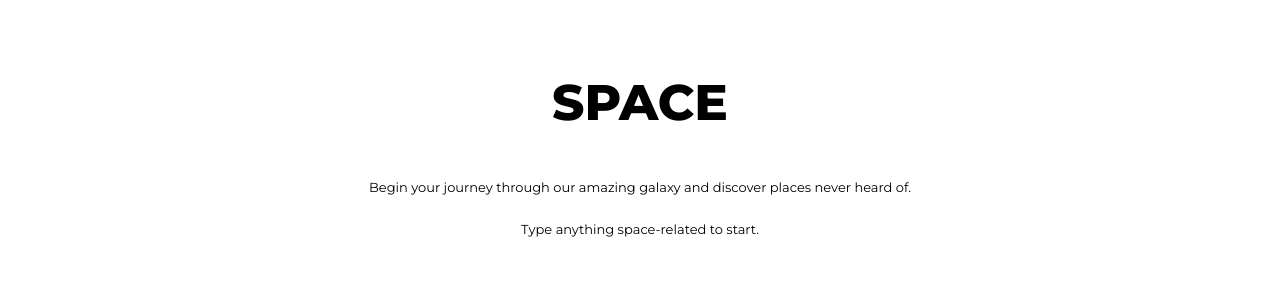
Repository: pmor80/spacer
Page: /
These files come from the project's save history. The page is drawn as it stood at one moment and after the next save; the edit follows.
The browser window is 1280 px wide. The pictures show the whole page.
The project was rebuilt for these pictures with package versions that can differ from the ones it lists, and the page was loaded fresh each time.

Above is the page before, as saved 2019-07-02 15:21:00.

### public/index.html
<!DOCTYPE html>
<html lang="en">
  <head>
    <meta charset="utf-8">
    <meta http-equiv="X-UA-Compatible" content="IE=edge">
    <meta name="viewport" content="width=device-width,initial-scale=1.0">
    <link rel="icon" href="<%= BASE_URL %>favicon.ico">
    <title>spacer</title>
  </head>
  <body>
    <noscript>
      <strong>We're sorry but spacer doesn't work properly without JavaScript enabled. Please enable it to continue.</strong>
    </noscript>
    <div id="app"></div>
    <!-- built files will be auto injected -->
  </body>
</html>

### src/App.vue
<template>
  <div class="app">
    <router-view />
  </div>
</template>

<style lang="scss">
@import url("https://fonts.googleapis.com/css?family=Montserrat:300,400,600,800");

* {
  box-sizing: border-box;
}

body {
  font-family: "Montserrat", sans-serif;
}
</style>

### src/router.js
import Vue from 'vue';
import Router from 'vue-router';
import Search from './views/Search.vue';

Vue.use(Router);

export default new Router({
  mode: 'history',
  base: process.env.BASE_URL,
  routes: [
    {
      path: '/',
      name: 'Search',
      component: Search
    }
  ]
});

### src/views/Search.vue
<template>
  <div class="wrapper">
    <Claim />
    <div class="search">
      <label for="search">Search</label>
      <input id="search" name="search" v-model="searchValue" @input="handleInput" />
    </div>
  </div>
</template>

<script>
import axios from "axios";
import debounce from "lodash.debounce";
import Claim from "@/components/Claim.vue";

const API = "https://images-api.nasa.gov/search";

export default {
  name: "Search",
  components: {
    Claim
  },
  data() {
    return {
      searchValue: "",
      results: []
    };
  },
  methods: {
    handleInput: debounce(function() {
      axios
        .get(`${API}?q=${this.searchValue}&media_type=image`)
        .then(response => {
          this.results = response.data.collection.items;
        })
        .catch(err => {
          console.log(err);
        });
    }, 500)
  }
};
</script>

<style lang="scss" scoped>
.wrapper {
  display: flex;
  flex-direction: column;
  align-items: center;
  margin: 0;
  padding: 30px;
  width: 100%;
}

.search {
  display: none;
  flex-direction: column;
  width: 250px;

  label {
    font-family: Montserrat, sans-serif;
  }

  input {
    height: 30px;
    border: 0;
    border-bottom: 1px solid #000;
  }
}
</style>

### src/components/Claim.vue
<template>
  <div class="claimWrapper">
    <h1 class="claim">SPACE</h1>
    <p
      class="subclaim"
    >Begin your journey through our amazing galaxy and discover places never heard of.</p>
    <p class="subclaim">Type anything space-related to start.</p>
  </div>
</template>

<script>
export default {
  name: "Claim"
};
</script>

<style lang="scss" scoped>
.claimWrapper {
  display: flex;
  flex-direction: column;
  justify-content: center;
  align-items: center;
  text-align: center;
}
.claim {
  font-size: 50px;
}

.subclaim {
  font-size: 13px;
}
</style>

Loaded but not shown: src/main.js (common file)

After the next save:
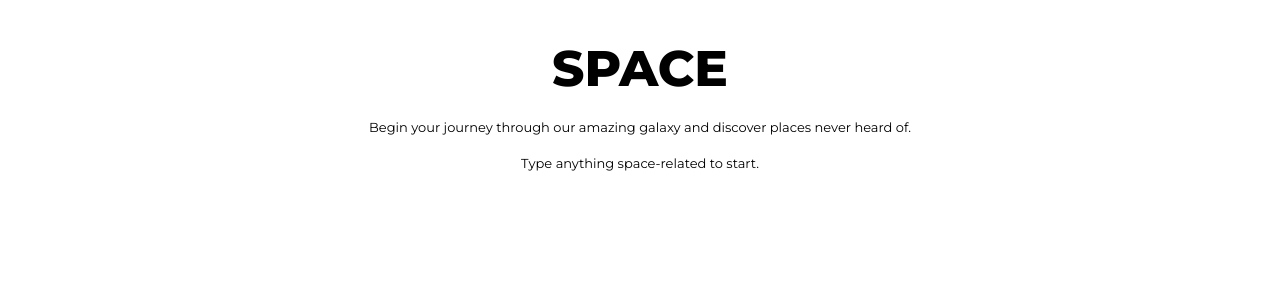
Saved 40 s later.
--- a/src/components/Claim.vue
+++ b/src/components/Claim.vue
@@ -24,9 +24,11 @@ export default {
 }
 .claim {
   font-size: 50px;
+  margin: 0;
 }
 
 .subclaim {
+  margin: 20px 0 0 0;
   font-size: 13px;
 }
 </style>
